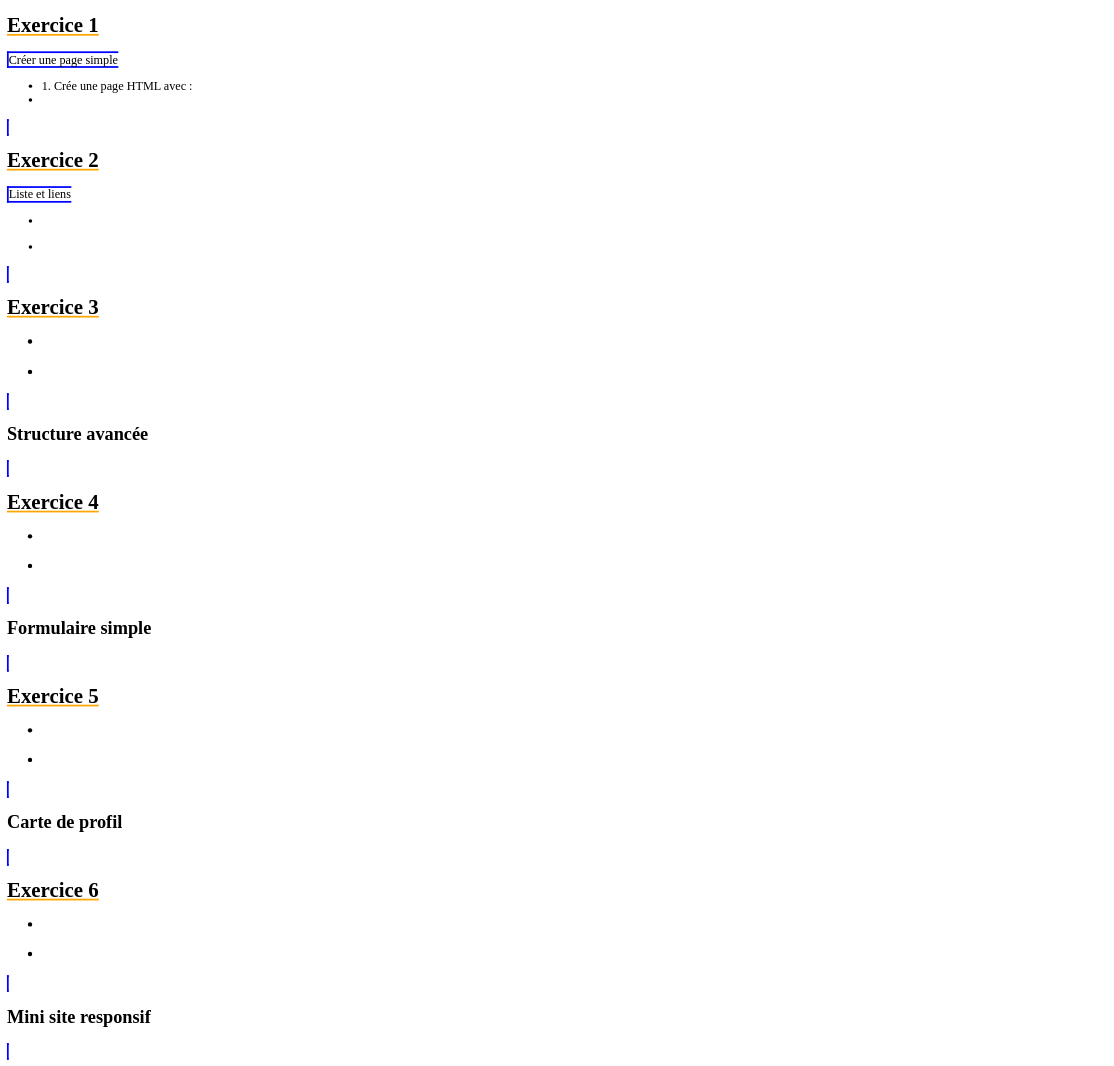
Repository: AnnaSpirit/Mimo_App
Page: Exercices_HTML&CSS.html
These files come from the project's save history. The page is drawn as it stood at one moment and after the next save; the edit follows.
The browser window is 1280 px wide. The pictures show the whole page, at 87% of full size.

Above is the page before, as saved 2024-12-05 16:34:08.

After the next save:
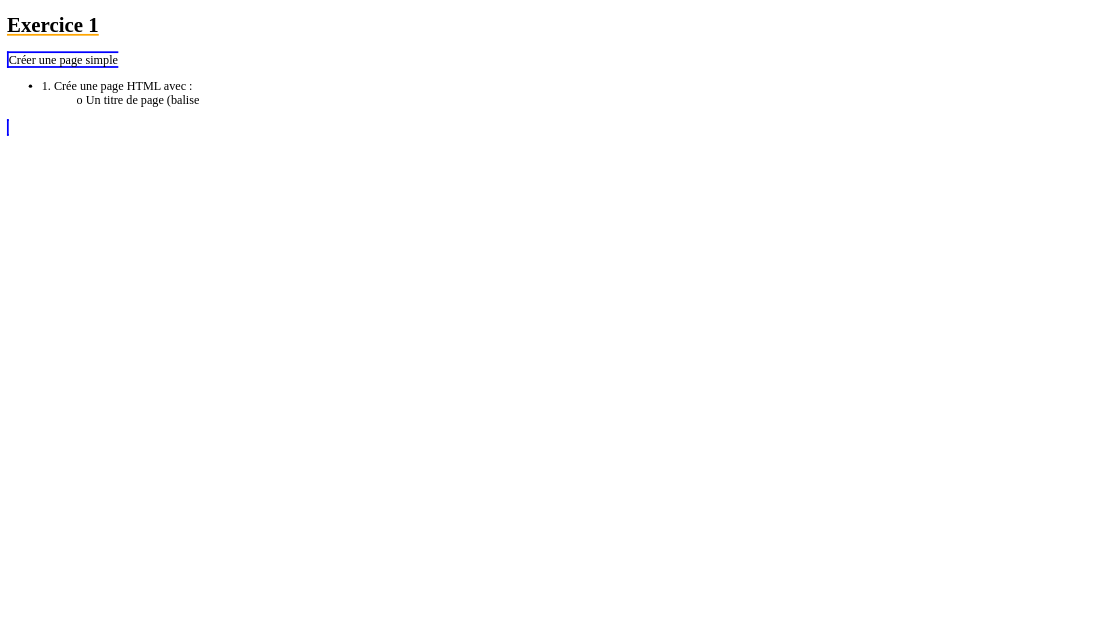
Saved 14 s later.
--- a/Exercices_HTML&CSS.html
+++ b/Exercices_HTML&CSS.html
@@ -12,7 +12,7 @@
     <span class="Consigne">Créer une page simple
     <ul>
         <li>1. Crée une page HTML avec :
-            <ol></ol>
+            <ol>o Un titre de page (balise <title>)</ol>
             <ol></ol>
             <ol></ol>
             <ol></ol>
